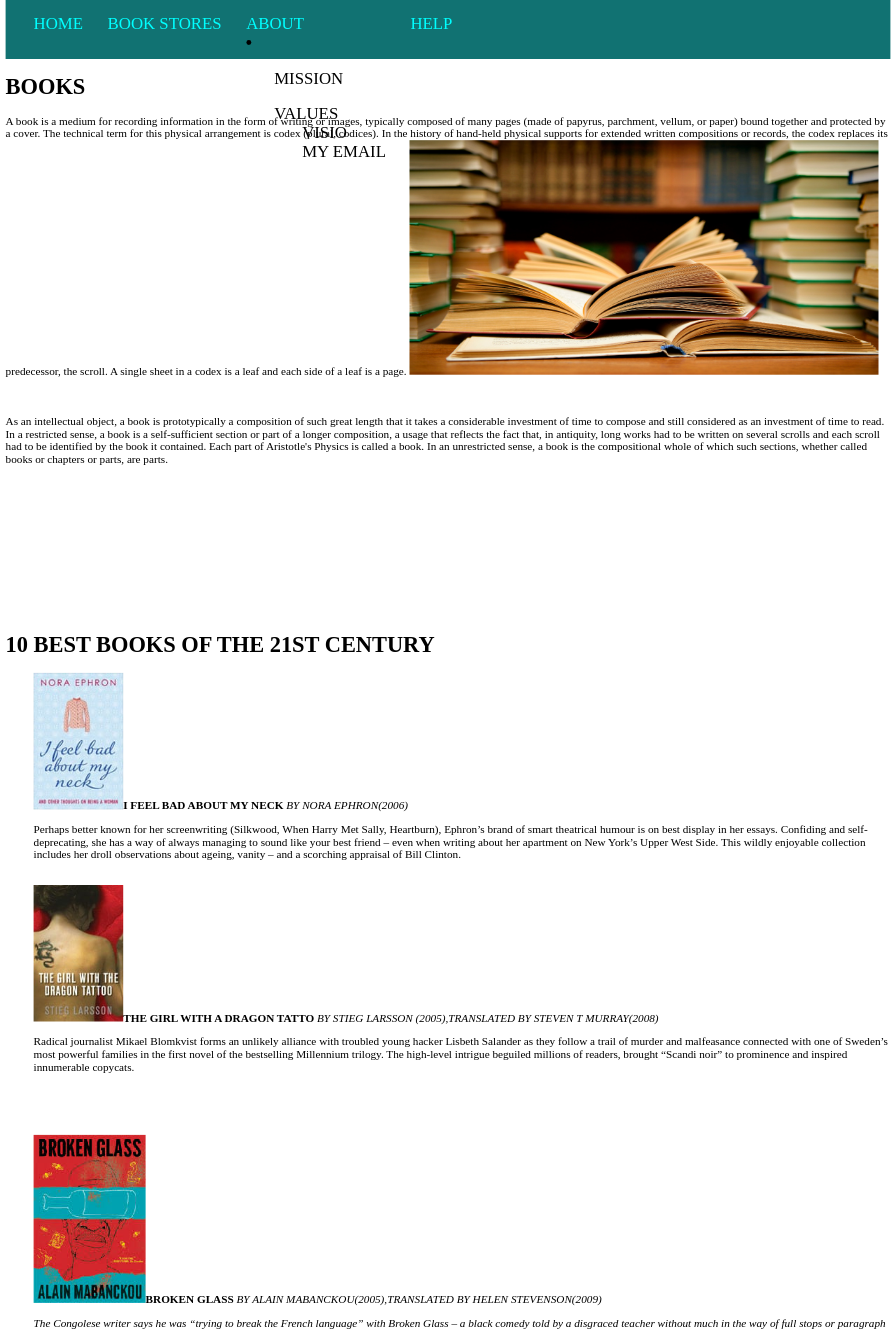
Repository: Hanan-arts/websites
Page: 01 web design/website.html
These files come from the project's save history. The page is drawn as it stood at one moment and after a run of saves; the edit follows.
The browser window is 1280 px wide. The pictures show the part of the page from y = 566 to 2466 px (the page is 4708 px tall), at 70% of full size.
A picture or video elsewhere on the page could not be fetched, so the positions and the page height are approximate.

Above is the page before, as saved 2021-02-15 12:03:37.

After the next 3 saves:
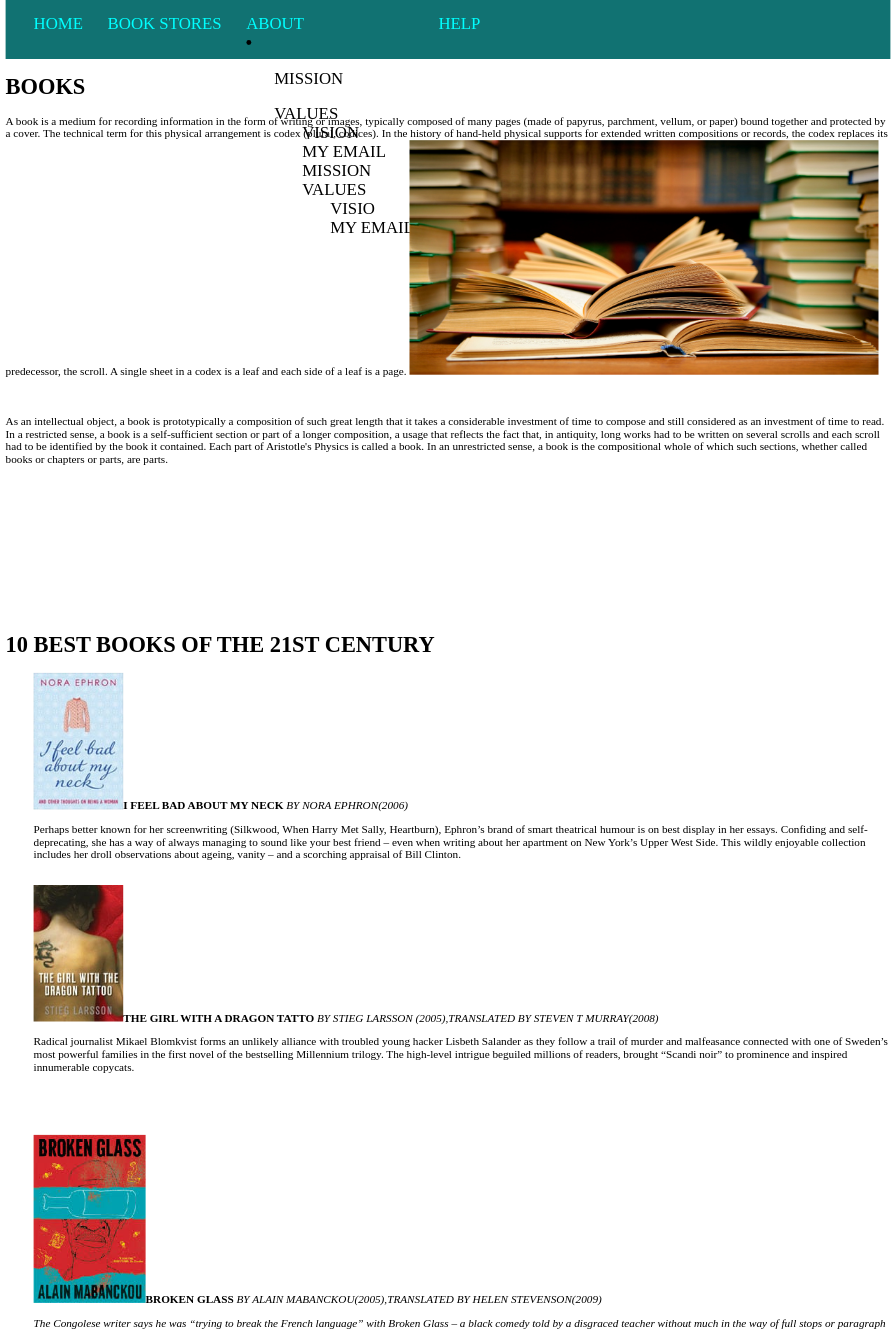
The 3 saves are shown as one change because they came seconds apart.
The last was saved 20 s later.
--- a/01 web design/website.html
+++ b/01 web design/website.html
@@ -27,7 +27,10 @@
             </div>
                 <div class="nav-link-wrapper">
                     <a href="About.html">ABOUT</a>
-                    <li></li><ul>mission</ul>
+                    <li><ul>mission</ul>
+                        <ul>values</ul<>
+                        <ul>vision</ul>
+                        <ul>my email</ul></li><ul>mission</ul>
                     <ul>values</ul<>
                     <ul>visio</ul>
                     <ul>my email</ul>

After the save that followed:
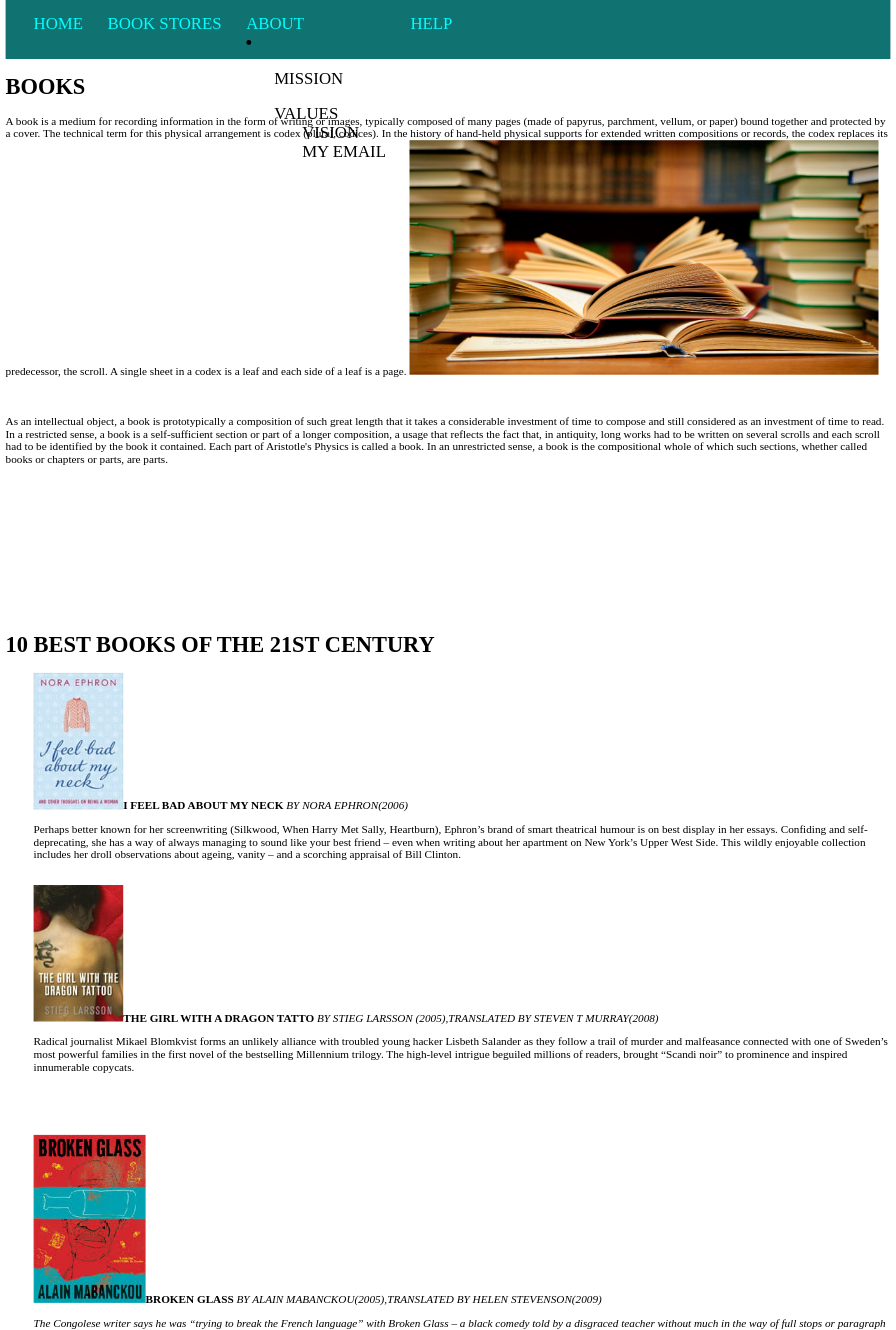
Saved 9 s later.
--- a/01 web design/website.html
+++ b/01 web design/website.html
@@ -30,10 +30,7 @@
                     <li><ul>mission</ul>
                         <ul>values</ul<>
                         <ul>vision</ul>
-                        <ul>my email</ul></li><ul>mission</ul>
-                    <ul>values</ul<>
-                    <ul>visio</ul>
-                    <ul>my email</ul>
+                        <ul>my email</ul></li>
                 </div>
                     <div class="nav-link-wrapper">
                         <a href="Help.html">HELP</a>
